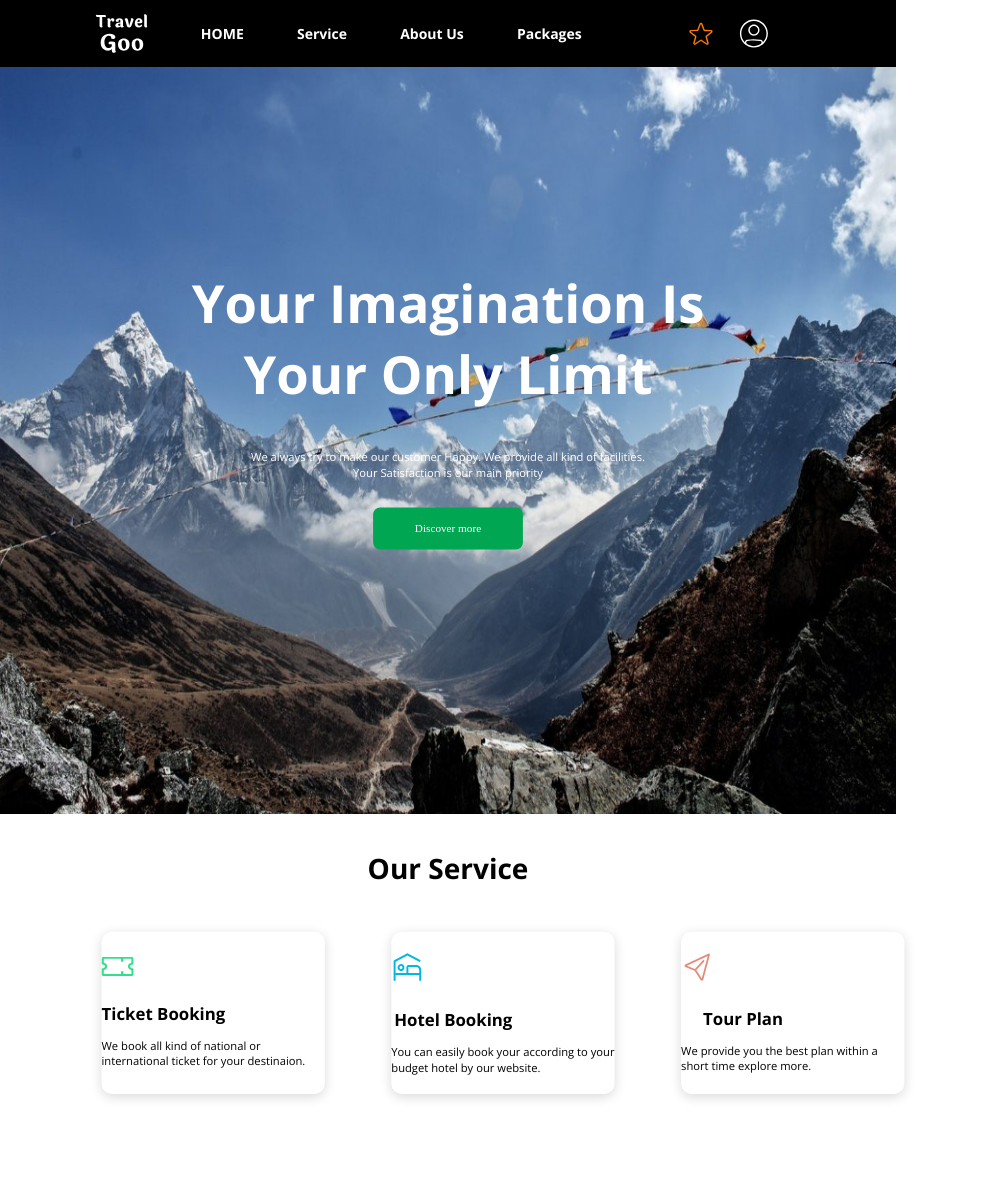
Repository: kubrazamanova/Background-Image
Page: index.html
The author's editor kept a copy of each file at every save. The page is drawn from the files as they stood at one save, then again after a run of saves.
The browser window is 1280 px wide. The page is 1417 px wide, so the pictures cover 1417 px, including what lies to the right of the window. The pictures show the part of the page from y = 0 to 1720 px (the page is 2743 px tall before and 2300 px after), at 70% of full size.

Above is the page before, as saved 2023-10-17 18:44:50.

After the next 2 saves:
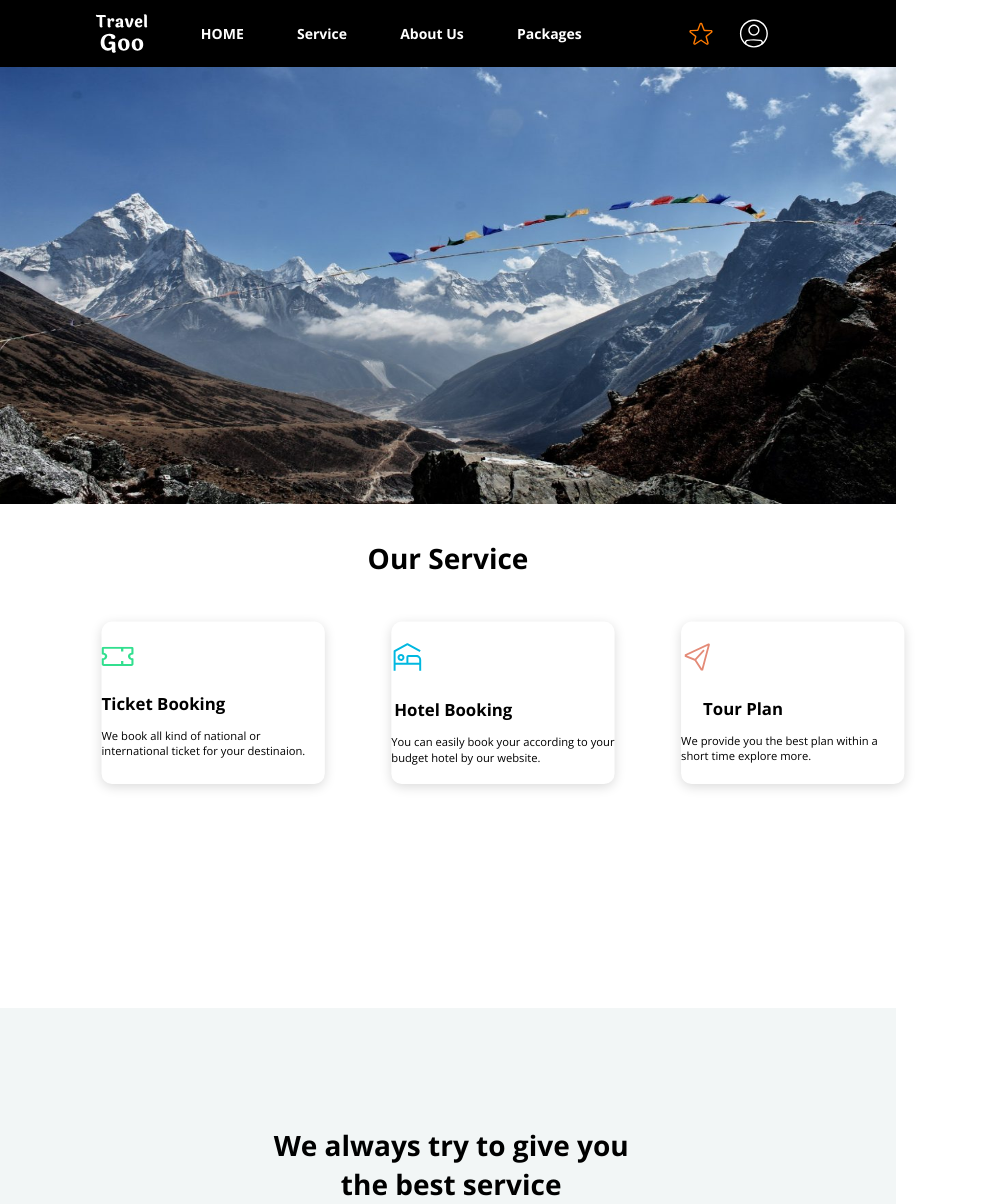
The 2 saves are shown as one change because they came seconds apart.
The last was saved 31 s later.
--- a/index.html
+++ b/index.html
@@ -32,7 +32,7 @@
           </div>
         </nav>
 
-        <div class="service-page">
+
           <main>
             <h1>Your Imagination Is Your Only Limit</h1>
             <p>
@@ -41,7 +41,7 @@
             </p>
             <a href="#">Discover more</a>
           </main>
-        </div>
+
       </div>
 
       <div class="our-service-page">
